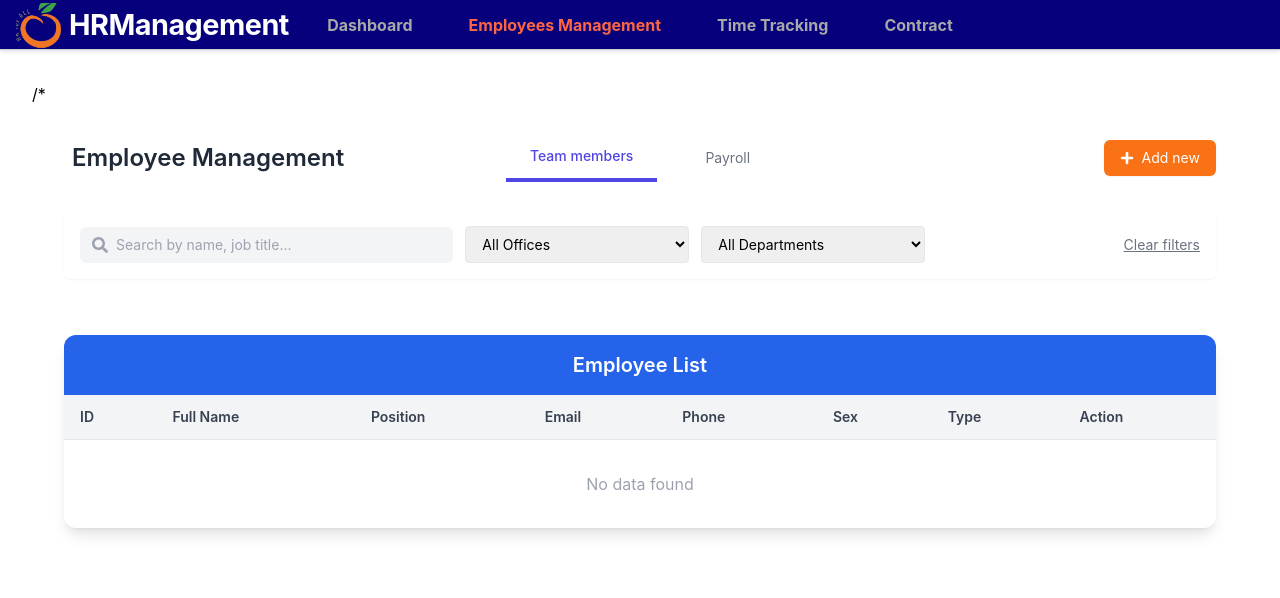
Repository: justJackiee/DA-251
Page: /employeemanagement (app in my-react-app/)
The author's editor kept a copy of each file at every save. The page is drawn from the files as they stood at one save, then again after the next save.
The browser window is 1280 px wide. The pictures show the whole page.
The page's requests for data from a server got no answer. The project was rebuilt for these pictures with package versions that can differ from the ones it lists, and the page was loaded fresh each time. No one was signed in, and anything a server would have sent is missing. Also part of the build but not shown: my-react-app/src/App.css, my-react-app/src/components/pagination.js, my-react-app/src/pages/dashboard.js, my-react-app/src/components/button.js.

Above is the page before, as saved 2025-12-03 14:33:42.

After the next save:
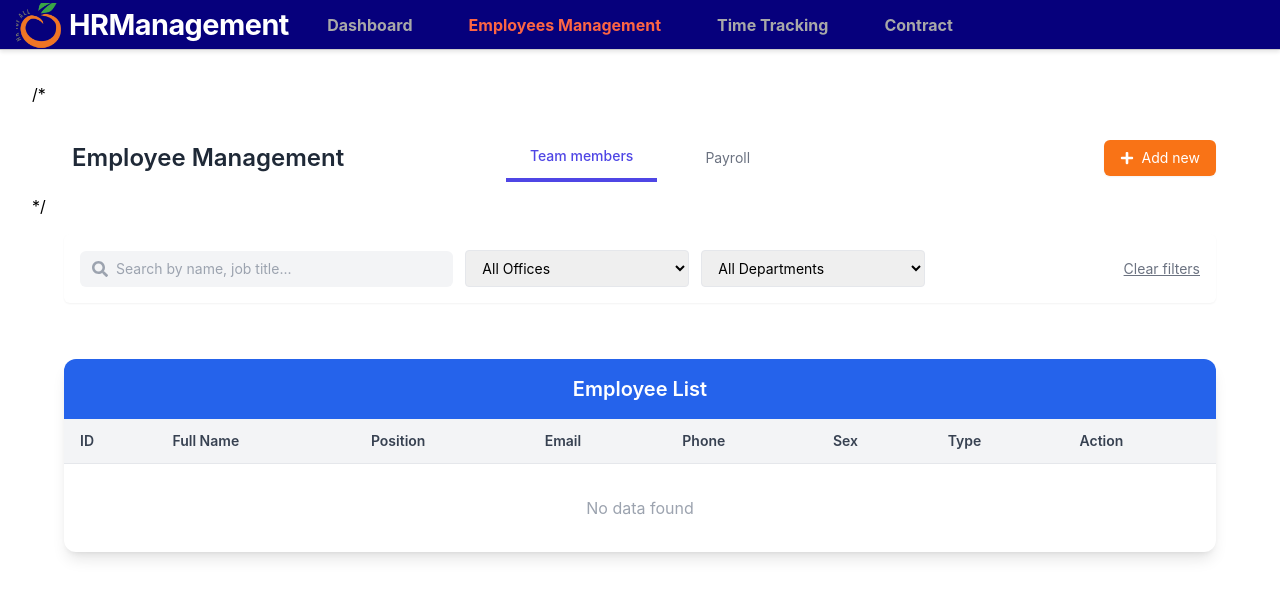
Saved 4 s later.
--- a/my-react-app/src/pages/employeemanagement.js
+++ b/my-react-app/src/pages/employeemanagement.js
@@ -80,7 +80,7 @@ function EmployeeManagement() {
 
   return (
     <div>
-      /* <HeaderTabs active={activeTab} onTabChange={setActiveTab} />
+      /* <HeaderTabs active={activeTab} onTabChange={setActiveTab} /> */
       <FiltersBar search={search} onSearch={setSearch} filters={filters} onFilterChange={onFilterChange} onClear={onClear} />
       <div className="max-w-7xl mx-auto px-4 sm:px-6 lg:px-8 py-6">
         <CEmployeeTable data={filteredData} search={search} filters={filters} />
